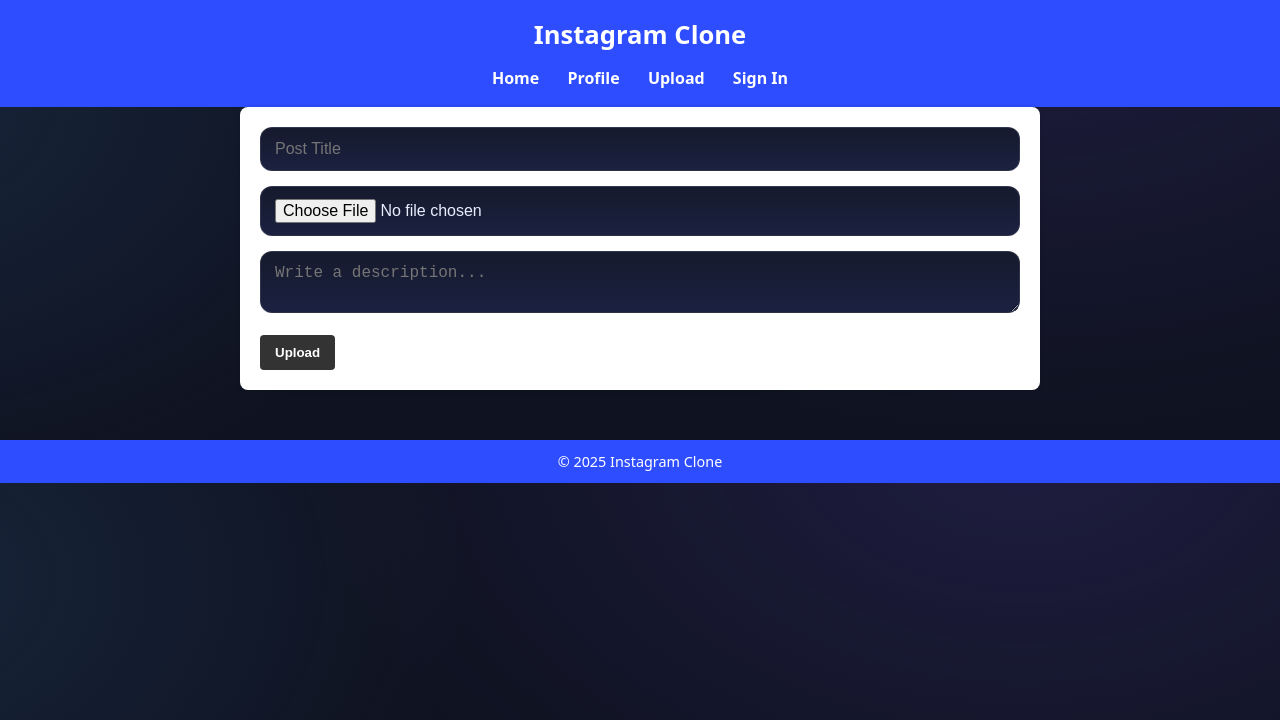
Repository: burhannaseer/CloudClips
Page: upload.html
These files come from the project's save history. The page is drawn as it stood at one moment and after the next save; the edit follows.
The browser window is 1280 px wide. The pictures show the whole page.

Above is the page before, as saved 2025-08-14 13:34:46.

### upload.html
<!DOCTYPE html>
<html lang="en">
<head>
  <meta charset="UTF-8">
  <meta name="viewport" content="width=device-width, initial-scale=1.0">
  <title>Instagram Clone - Upload</title>
  <link rel="stylesheet" href="styles.css">
</head>
<body>
  <header>
    <div class="container">
      <h1>Instagram Clone</h1>
      <nav>
        <a href="index.html">Home</a>
        <a href="profile.html">Profile</a>
        <a href="upload.html">Upload</a>
        <a href="signin.html">Sign In</a>
      </nav>
    </div>
  </header>

  <main class="container">
    <form id="uploadForm">
      <input type="text" id="titleInput" placeholder="Post Title" required />
      <input type="file" id="mediaInput" accept="image/*,video/*" required />
      <textarea id="descriptionInput" placeholder="Write a description..." required></textarea>
      <button type="submit">Upload</button>
    </form>
  </main>

  <footer>
    <div class="container">&copy; 2025 Instagram Clone</div>
  </footer>

  <script src="script.js"></script>
</body>
</html>

### styles.css
/* Clean Classic Instagram Clone Theme */

body {
  font-family: Arial, sans-serif;
  background-color: #f5f5f5;
  color: hsl(212, 100%, 51%);
  margin: 0;
  padding: 0;
}

.container {
  width: 90%;
  max-width: 800px;
  margin: 0 auto;
}

header {
  background-color: #2e4dff;
  color: white;
  padding: 15px 0;
  text-align: center;
}

header h1 {
  margin: 0;
  font-size: 1.6em;
}

header nav {
  margin-top: 10px;
}

header nav a {
  color: white;
  text-decoration: none;
  margin: 0 12px;
  font-weight: bold;
}

header nav a:hover {
  text-decoration: underline;
}

main {
  margin-top: 30px;
}

form {
  background-color: white;
  padding: 20px;
  border-radius: 8px;
  margin-bottom: 30px;
  box-shadow: 0 0 5px rgba(0, 0, 0, 0.1);
}

input, textarea {
  width: 100%;
  margin-bottom: 15px;
  padding: 10px;
  font-size: 1rem;
  border: 1px solid #ccc;
  border-radius: 4px;
}

input[type="file"] {
  padding: 6px;
}

button {
  padding: 10px 15px;
  background-color: #333;
  color: white;
  border: none;
  border-radius: 4px;
  font-weight: bold;
  cursor: pointer;
}

button:hover {
  background-color: #555;
}

.feed {
  display: flex;
  flex-direction: column;
  gap: 20px;
}

.post {
  background-color: white;
  border-radius: 10px;
  padding: 15px;
  box-shadow: 0 0 10px rgba(0,0,0,0.05);
}

.post h3 {
  margin-bottom: 10px;
  font-size: 1.2rem;
}

.post img,
.post video {
  width: 100%;
  border-radius: 6px;
  margin-bottom: 10px;
}

.post p {
  margin: 0 0 10px;
}

.actions {
  display: flex;
  justify-content: start;
  gap: 15px;
  font-size: 1.2rem;
}

.actions span {
  cursor: pointer;
}

.actions span:hover {
  opacity: 0.7;
}

footer {
  background-color: #2e4dff;
  color: white;
  text-align: center;
  padding: 10px 0;
  margin-top: 50px;
  font-size: 0.9em;
}

/* Responsive */
@media (max-width: 600px) {
  header nav {
    display: flex;
    flex-direction: column;
    gap: 8px;
  }
}
/* Container for the entire dashboard */
.dashboard-container {
  max-width: 1200px;
  margin: 20px auto;
  padding: 0 15px;
  box-sizing: border-box;
}

/* Table styling */
.dashboard-table {
  width: 100%;
  border-collapse: collapse;
  margin-bottom: 30px;
  font-family: Arial, sans-serif;
}

/* Header row */
.dashboard-table thead {
  background-color: #2c3e50;
  color: #001529;
}

.dashboard-table th {
  padding: 12px;
  text-align: left;
  font-size: 1rem;
  border-bottom: 2px solid #34495e;
}

/* Body rows */
.dashboard-table tbody tr {
  border-bottom: 1px solid #ffff;
}

.dashboard-table tbody tr:nth-child(even) {
  background-color: #001529;
}

.dashboard-table td {
  padding: 12px;
  vertical-align: top;
  font-size: 0.9rem;
}

/* Actions column (e.g., edit, delete buttons) */
.dashboard-table .actions {
  display: flex;
  gap: 8px;
}

.dashboard-table .actions button {
  padding: 6px 12px;
  border: none;
  border-radius: 4px;
  cursor: pointer;
  font-size: 0.85rem;
  background-color: #3498db;
  color: #fff;
  transition: background-color 0.2s;
}

.dashboard-table .actions button:hover {
  background-color: #2980b9;
}

/* Responsive: horizontal scroll on small screens */
@media (max-width: 768px) {
  .dashboard-table {
    display: block;
    overflow-x: auto;
    white-space: nowrap;
  }
}



/* ========== CloudClips Theme Enhancements ========== */
:root{
  --bg: #0f1220;
  --surface: #151a2d;
  --surface-2: #1b2140;
  --text: #e8ecff;
  --muted: #a9b1d6;
  --primary: #7c5cff;
  --primary-2: #4fb3ff;
  --accent: #00d4ff;
  --success: #27c93f;
  --danger: #ff5573;
  --warn: #ffb020;
  --shadow: 0 10px 30px rgba(0,0,0,.35);
}

*{box-sizing:border-box}
html,body{
  margin:0;
  padding:0;
  background: radial-gradient(1200px 800px at 80% -10%, rgba(124,92,255,.15), transparent 60%),
              radial-gradient(1000px 700px at -10% 20%, rgba(79,179,255,.12), transparent 60%),
              var(--bg);
  color:var(--text);
  font-family: ui-sans-serif, system-ui, -apple-system, Segoe UI, Roboto, Inter, "Helvetica Neue", Arial, "Noto Sans", "Apple Color Emoji", "Segoe UI Emoji";
  line-height:1.6;
  scroll-behavior:smooth;
}

/* Container */
.container{width:min(1100px, 92%); margin:0 auto;}

/* Navbar */
.navbar{
  position:sticky; top:0; z-index:50;
  backdrop-filter: saturate(160%) blur(8px);
  background: linear-gradient( to bottom, rgba(10,12,24,.9), rgba(10,12,24,.6) );
  border-bottom: 1px solid rgba(255,255,255,.06);
}
.navbar-inner{ display:flex; align-items:center; justify-content:space-between; padding:14px 0; }
.brand{
  display:flex; align-items:center; gap:10px; font-weight:800; letter-spacing:.3px;
  text-decoration:none; color:var(--text); font-size:1.1rem;
}
.brand-badge{
  display:inline-grid; place-items:center; width:34px;height:34px; border-radius:10px;
  background: linear-gradient(135deg, var(--primary), var(--accent));
  box-shadow: 0 8px 18px rgba(124,92,255,.35), inset 0 1px 0 rgba(255,255,255,.2);
  font-weight:900;
}
.nav-actions{ display:flex; align-items:center; gap:10px; }
.theme-toggle, .btn{
  border:1px solid rgba(255,255,255,.1);
  background: linear-gradient(180deg, var(--surface), var(--surface-2));
  color:var(--text);
  padding:10px 14px; border-radius:12px; cursor:pointer;
  transition: transform .12s ease, background .3s ease, border-color .3s ease, box-shadow .3s ease;
  box-shadow: 0 6px 16px rgba(0,0,0,.25);
}
.theme-toggle:hover, .btn:hover{ transform: translateY(-1px); border-color: rgba(255,255,255,.2); }
.btn:active{ transform: translateY(0); }

/* Buttons */
.btn-primary{
  background: linear-gradient(135deg, var(--primary), var(--primary-2));
  border: none;
}
.btn-outline{ background: transparent; border:1px solid rgba(255,255,255,.18); }
.btn-ghost{ background: transparent; border:none; }
.btn-pill{ border-radius:999px; padding:10px 18px; }

/* Cards */
.card{
  background: linear-gradient(180deg, rgba(255,255,255,.04), rgba(255,255,255,.02));
  border:1px solid rgba(255,255,255,.08);
  border-radius:18px; padding:18px;
  box-shadow: var(--shadow);
  transition: transform .2s ease, box-shadow .2s ease, border-color .2s ease;
}
.card:hover{ transform: translateY(-3px); border-color: rgba(255,255,255,.15); }

/* Inputs */
.input, input[type="text"], input[type="email"], input[type="password"], input[type="file"], textarea, select{
  width:100%; padding:12px 14px; border-radius:12px;
  background: linear-gradient(180deg, var(--surface), var(--surface-2));
  border:1px solid rgba(255,255,255,.1); color:var(--text);
  outline:none; transition: border-color .2s ease, box-shadow .2s ease;
}
.input:focus, input:focus, textarea:focus, select:focus{
  border-color: var(--primary); box-shadow: 0 0 0 3px rgba(124,92,255,.25);
}

/* Grid */
.grid{ display:grid; gap:16px; }
.grid-2{ grid-template-columns: repeat(2, minmax(0,1fr)); }
.grid-3{ grid-template-columns: repeat(3, minmax(0,1fr)); }
@media (max-width: 900px){ .grid-3{ grid-template-columns: 1fr 1fr; } }
@media (max-width: 640px){ .grid-2, .grid-3{ grid-template-columns: 1fr; } }

/* Hero */
.hero{
  padding:64px 0 34px;
}
.hero h1{ font-size: clamp(1.8rem, 4vw, 2.4rem); line-height:1.2; margin:0 0 10px; }
.hero p{ color: var(--muted); margin:0 0 18px; }

/* Footer */
.footer{
  margin-top:40px; padding:22px 0; text-align:center;
  border-top: 1px solid rgba(255,255,255,.08);
  color:var(--muted);
}

/* Reveal Animations */
.reveal{ opacity:0; transform: translateY(16px) scale(.98); transition: opacity .6s ease, transform .6s cubic-bezier(.2,.7,.1,1); }
.reveal.show{ opacity:1; transform: none; }

/* Hover Zoom for media tiles */
.media-tile{
  position:relative; overflow:hidden; border-radius:16px;
  aspect-ratio: 1 / 1.2; background: #0a0d1c;
  border:1px solid rgba(255,255,255,.06);
}
.media-tile img, .media-tile video{
  width:100%; height:100%; object-fit:cover; display:block;
  transition: transform .5s ease;
}
.media-tile:hover img, .media-tile:hover video{ transform: scale(1.05); }

/* Link */
a{ color: var(--primary-2); text-decoration:none; }
a:hover{ text-decoration:underline; }

/* Utility */
.mt-2{ margin-top:8px } .mt-4{ margin-top:16px } .mt-6{ margin-top:24px }
.mb-2{ margin-bottom:8px } .mb-4{ margin-bottom:16px } .mb-6{ margin-bottom:24px }

/* Dark/Light toggle support */
.light body, body.light{
  background: #f6f7fb;
  color:#0b0e1a;
}
.light .navbar{ background: rgba(255,255,255,.8); border-bottom: 1px solid rgba(0,0,0,.06); }
.light .card{ background: white; border-color: rgba(0,0,0,.08); }
.light .btn, .light .input{ background:white; color:#0b0e1a; border-color: rgba(0,0,0,.1); }
.light a{ color:#2d5fff; }
.light .media-tile{ border-color: rgba(0,0,0,.08); }

### script.js
// --- Sign Up ---
const signupForm = document.getElementById('signupForm');
if (signupForm) {
  signupForm.addEventListener('submit', function (e) {
    e.preventDefault();

    const firstName = document.getElementById('firstName').value.trim();
    const lastName = document.getElementById('lastName').value.trim();
    const email = document.getElementById('email').value.trim();
    const phone = document.getElementById('phone').value.trim();
    const password = document.getElementById('password').value;
    const confirmPassword = document.getElementById('confirmPassword').value;

    if (!firstName || !lastName || !email || !phone || !password || !confirmPassword) {
      alert('Please fill in all fields.');
      return;
    }

    if (password !== confirmPassword) {
      alert('Passwords do not match.');
      return;
    }

    const users = JSON.parse(localStorage.getItem('users')) || [];

    if (users.find(user => user.email === email)) {
      alert('Email already exists. Please sign in.');
      return;
    }

    const user = { firstName, lastName, email, phone, password };

    users.push(user);
    localStorage.setItem('users', JSON.stringify(users));

    alert('Account created successfully!');
    window.location.href = 'signin.html';
  });
}

// --- Sign In ---
const signinForm = document.getElementById('signinForm');
if (signinForm) {
  signinForm.addEventListener('submit', function (e) {
    e.preventDefault();

    const email = document.getElementById('emailSignIn').value.trim();
    const password = document.getElementById('passwordSignIn').value;

    const users = JSON.parse(localStorage.getItem('users')) || [];
    const user = users.find(user => user.email === email && user.password === password);

    if (!user) {
      alert('Incorrect email or password.');
      return;
    }

    localStorage.setItem('loggedInUser', JSON.stringify(user));

    const signInHistory = JSON.parse(localStorage.getItem('signInHistory')) || {};
    if (!signInHistory[user.email]) {
      signInHistory[user.email] = [];
    }
    signInHistory[user.email].push(new Date().toISOString());
    localStorage.setItem('signInHistory', JSON.stringify(signInHistory));

    alert('Sign In successful!');
    window.location.href = 'index.html';
  });
}

// --- Upload Post ---
const form = document.getElementById('uploadForm');
if (form) {
  form.addEventListener('submit', function (e) {
    e.preventDefault();

    const title = document.getElementById('titleInput').value.trim();
    const description = document.getElementById('descriptionInput').value.trim();
    const fileInput = document.getElementById('mediaInput');
    const file = fileInput.files[0];

    if (!file) {
      alert('Please select a file.');
      return;
    }

    if (file.size > 2 * 1024 * 1024) {
      alert('File is too large. Max 2MB allowed.');
      return;
    }

    const reader = new FileReader();

    reader.onload = function () {
      const post = {
        title,
        media: reader.result,
        type: file.type,
        description,
        likes: 0,
        userEmail: JSON.parse(localStorage.getItem('loggedInUser')).email // Save user email for filtering posts later
      };

      try {
        const posts = JSON.parse(localStorage.getItem('posts')) || [];
        posts.unshift(post); // Insert post at the beginning
        localStorage.setItem('posts', JSON.stringify(posts));
        alert('Post uploaded!');
        window.location.href = 'index.html';
      } catch (err) {
        alert('Upload failed: ' + err.message);
      }
    };

    reader.readAsDataURL(file);
  });
}

// --- Render Posts ---
function renderPosts(containerId, onlyUserPosts = false) {
  const container = document.getElementById(containerId);
  if (!container) return;

  const posts = JSON.parse(localStorage.getItem('posts')) || [];
  const user = JSON.parse(localStorage.getItem('loggedInUser'));

  // Filter posts if onlyUserPosts is true, otherwise show all posts
  const filteredPosts = onlyUserPosts && user
    ? posts.filter(post => post.userEmail === user.email)
    : posts;

  // If no posts available, show a message
  if (filteredPosts.length === 0) {
    container.innerHTML = '<p>No posts to display</p>';
    return;
  }

  container.innerHTML = ''; // Clear previous content before rendering new posts

  filteredPosts.forEach((post, index) => {
    const div = document.createElement('div');
    div.className = 'post';

    const mediaTag = post.type.startsWith('video') ?
      `<video controls width="100%"><source src="${post.media}" type="${post.type}"></video>` :
      `<img src="${post.media}" alt="">`;

    div.innerHTML = `
      <h3>${post.title || 'Untitled'}</h3>
      ${mediaTag}
      <p>${post.description}</p>
      <div class="actions">
        <span onclick="likePost(${index})">❤️ ${post.likes}</span>
        <span title="Share">🔗</span>
        <span title="Save">💾</span>
      </div>
    `;
    container.appendChild(div);
  });
}

// --- Home Page: Display All Posts ---
if (document.getElementById('feed')) {
  renderPosts('feed', false); // Display all posts on the home page
}

// --- Like Post ---
function likePost(index) {
  const posts = JSON.parse(localStorage.getItem('posts')) || [];
  posts[index].likes++;
  localStorage.setItem('posts', JSON.stringify(posts));
  location.reload();
}

// --- Display Username & Email on Profile ---
const loggedInUser = JSON.parse(localStorage.getItem('loggedInUser'));
if (loggedInUser) {
  const usernameEl = document.getElementById('usernameDisplay');
  const emailEl = document.getElementById('emailDisplay');
  if (usernameEl) usernameEl.textContent = `${loggedInUser.firstName} ${loggedInUser.lastName}`;
  if (emailEl) emailEl.textContent = loggedInUser.email;
}

// --- Display Sign-In History ---
function displaySignInHistory() {
  const user = JSON.parse(localStorage.getItem('loggedInUser'));
  if (!user) return;

  const signInHistory = JSON.parse(localStorage.getItem('signInHistory')) || {};
  const historyContainer = document.getElementById('signInHistory');

  if (signInHistory[user.email]) {
    signInHistory[user.email].forEach(signInTime => {
      const div = document.createElement('div');
      div.className = 'history-entry';
      div.textContent = `Signed in at: ${new Date(signInTime).toLocaleString()}`;
      historyContainer.appendChild(div);
    });
  } else {
    historyContainer.innerHTML = '<p>No sign-in history found.</p>';
  }
}

// --- Dashboard ---
function renderDashboard() {
  const loggedInUser = JSON.parse(localStorage.getItem('loggedInUser'));
  if (loggedInUser) {
    document.getElementById('profileName').textContent = `${loggedInUser.firstName} ${loggedInUser.lastName}`;
    document.getElementById('profileEmail').textContent = loggedInUser.email;
    displaySignInHistory();
    renderPosts('myPosts', true); // Render only the logged-in user's posts
  } else {
    alert('Please sign in to access the dashboard.');
    window.location.href = 'signin.html';
  }
}

// Call renderDashboard when the dashboard page loads
if (document.getElementById('dashboardPage')) {
  renderDashboard();
}

// --- Home Page: Display All Posts ---
if (document.getElementById('homePage')) {
  renderPosts('homePosts', false); // Display all posts on the home page
}

### global.js

function likePost(index) {
    const posts = JSON.parse(localStorage.getItem('posts')) || [];
    posts[index].likes++;
    localStorage.setItem('posts', JSON.stringify(posts));
    if (typeof renderPosts === 'function') {
        if (document.getElementById('feed')) renderPosts('feed', false);
        if (document.getElementById('myPosts')) renderPosts('myPosts', true);
        if (document.getElementById('homePosts')) renderPosts('homePosts', false);
    }
}

After the next save:
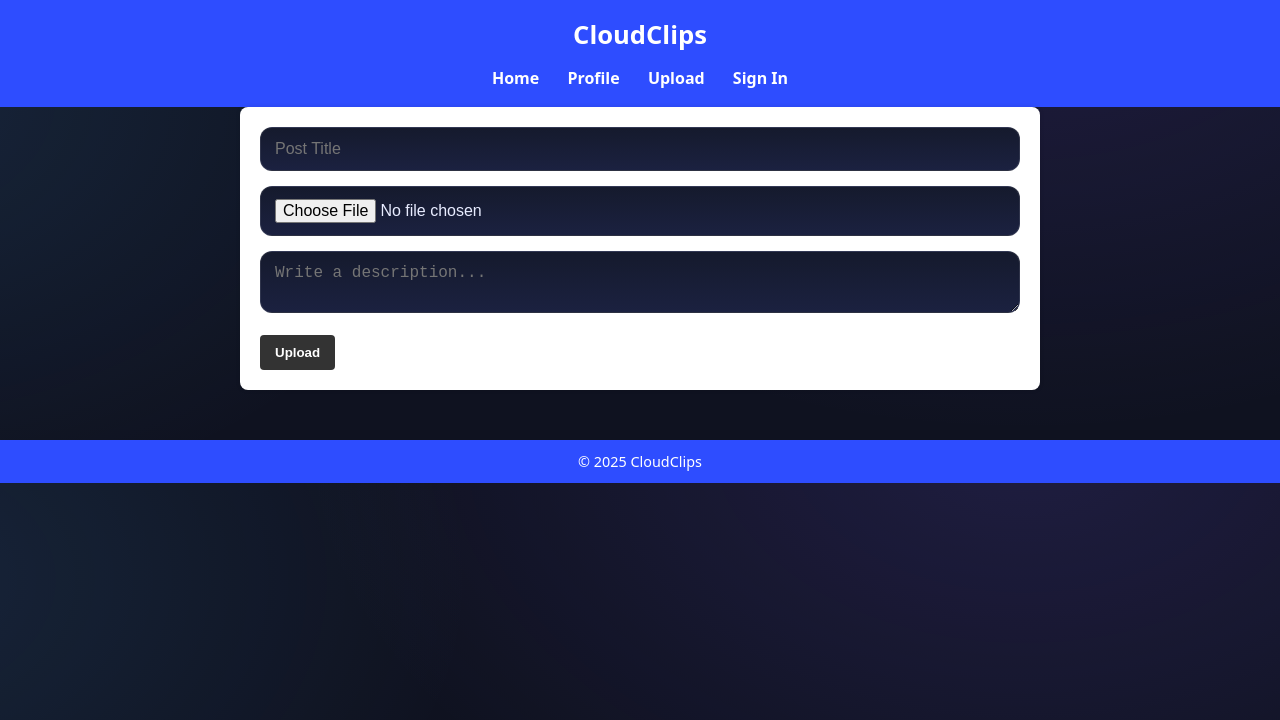
Saved 53 s later.
--- a/upload.html
+++ b/upload.html
@@ -3,13 +3,14 @@
 <head>
   <meta charset="UTF-8">
   <meta name="viewport" content="width=device-width, initial-scale=1.0">
-  <title>Instagram Clone - Upload</title>
+  <title>CloudClips</title>
   <link rel="stylesheet" href="styles.css">
+  <script src="global.js"></script>
 </head>
 <body>
   <header>
     <div class="container">
-      <h1>Instagram Clone</h1>
+      <h1>CloudClips </h1>
       <nav>
         <a href="index.html">Home</a>
         <a href="profile.html">Profile</a>
@@ -29,7 +30,7 @@
   </main>
 
   <footer>
-    <div class="container">&copy; 2025 Instagram Clone</div>
+    <div class="container">&copy; 2025 CloudClips </div>
   </footer>
 
   <script src="script.js"></script>
